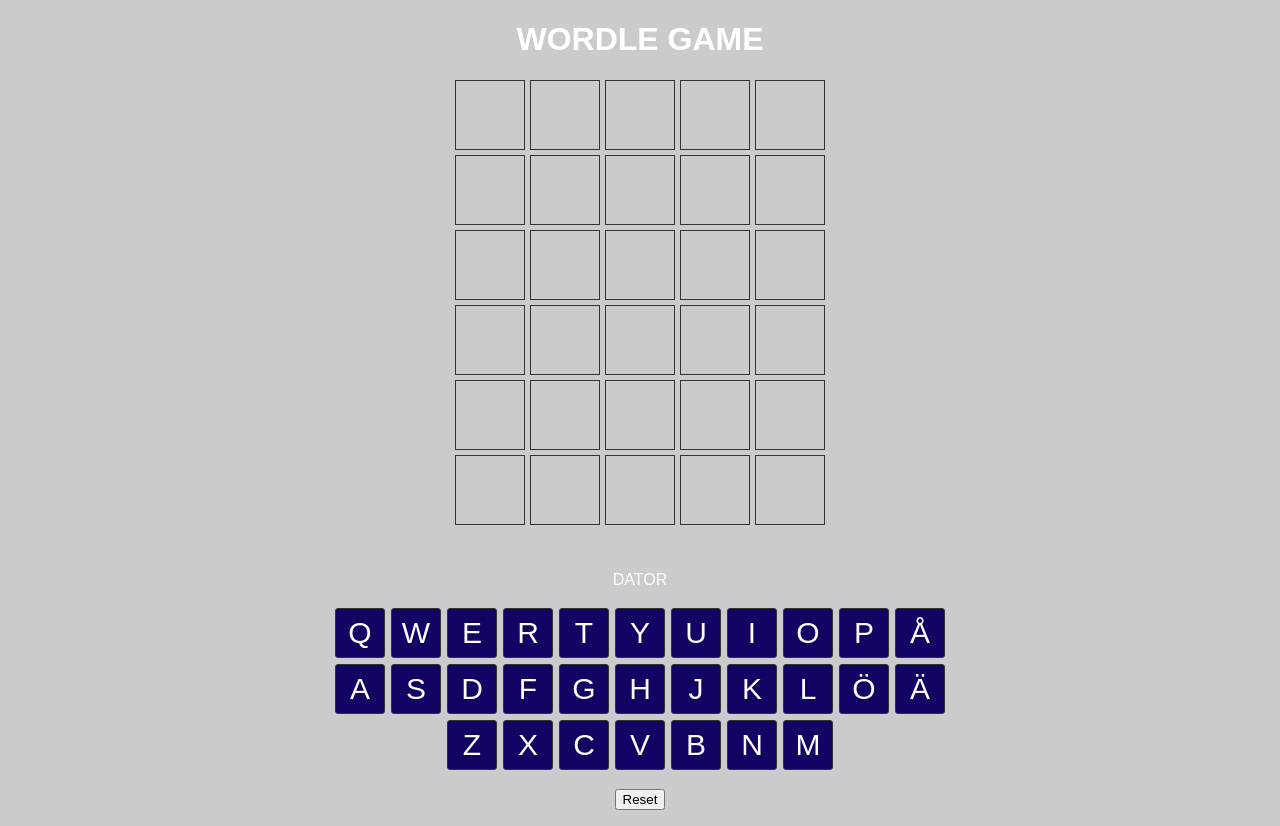
Repository: KarimIsaac/WorldeGame
Page: index.html
These files come from the project's save history. The page is drawn as it stood at one moment and after the next save; the edit follows.
The browser window is 1280 px wide. The pictures show the whole page.

Above is the page before, as saved 2022-03-13 07:40:05.

After the next save:
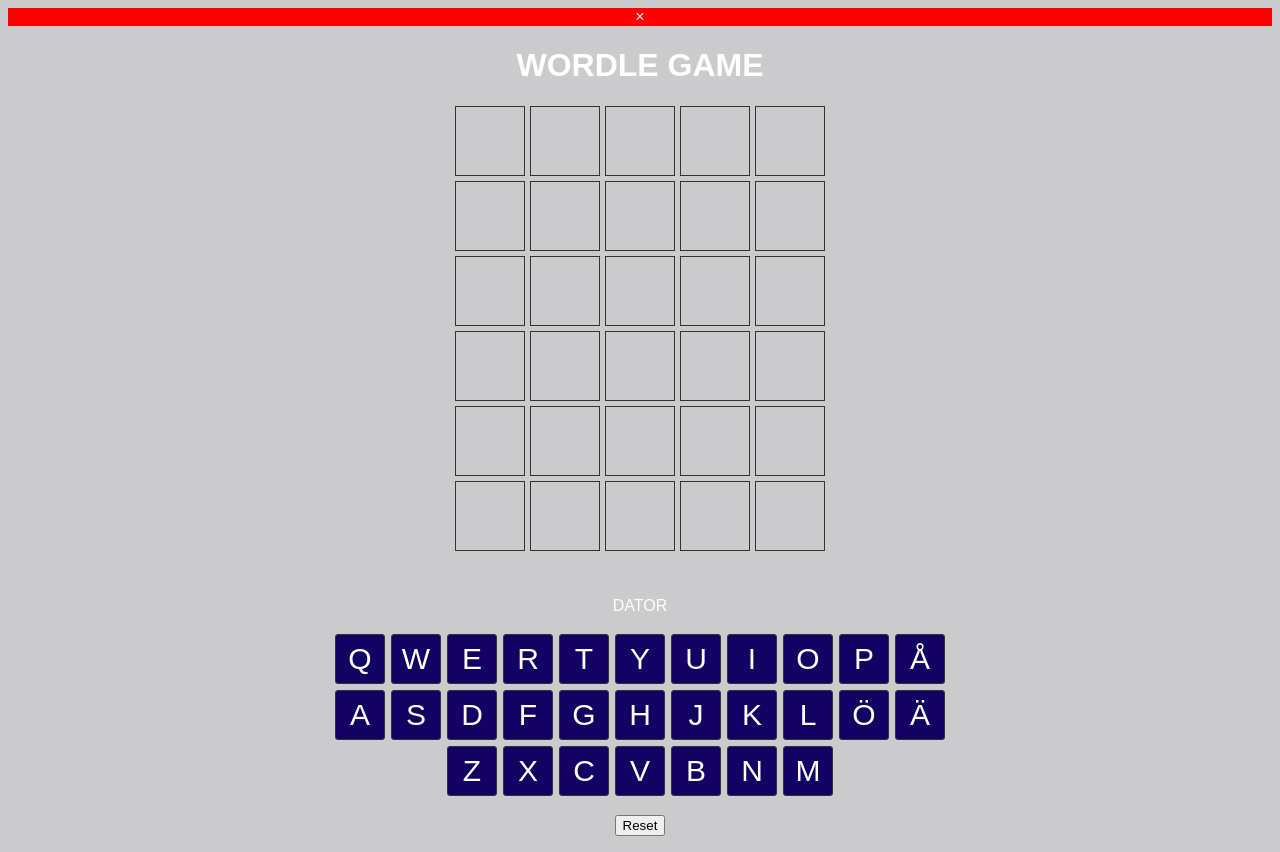
Saved 29 s later.
--- a/index.html
+++ b/index.html
@@ -8,7 +8,10 @@
     <link rel="stylesheet" href="style.css">
 </head>
 <body>
+    <div class="alert">
+        <span class="closebtn" onclick="this.parentElement.style.display='none';">&times;</span>
 
+      </div>
     <h1>Wordle Game</h1>
     <div id="grid"></div>
     <p id="answer"></p>
